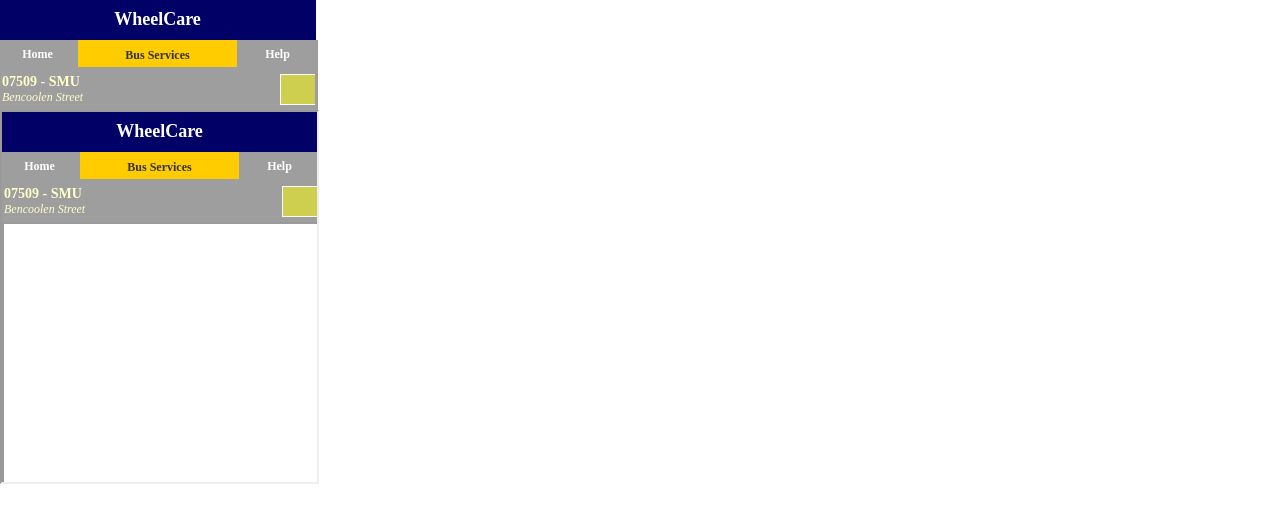
Repository: junkiatyeo/WheelCareVer2
Page: Wheelcarev2/war/Bus_ServicesANP.html
The author's editor kept a copy of each file at every save. The page is drawn from the files as they stood at one save, then again after the next save.
The browser window is 1280 px wide. The pictures show the whole page.
Pictures or frames that could not be fetched are drawn as grey boxes.

Above is the page before, as saved 2014-04-01 03:45:16.

After the next save:
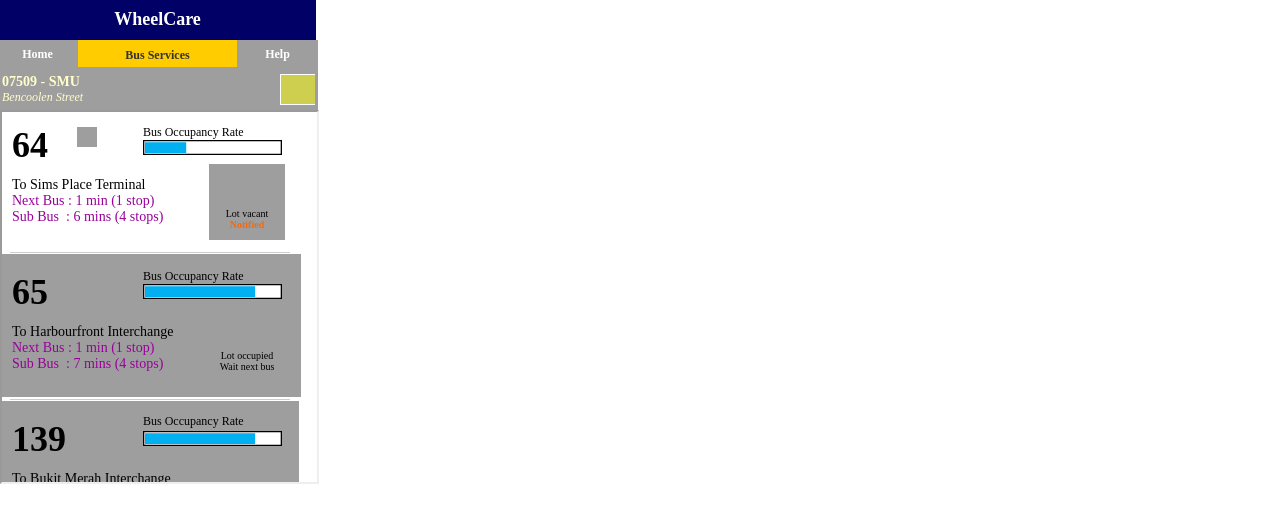
Saved 4 min 59 s later.
--- a/Wheelcarev2/war/Bus_ServicesANP.html
+++ b/Wheelcarev2/war/Bus_ServicesANP.html
@@ -40,7 +40,7 @@
 <div id="u5_rtf"><p style="text-align:left;"><span style="font-family:Axure Handwriting;font-size:14px;font-weight:bold;font-style:normal;text-decoration:none;color:#FFFFCC;">07509</span><span style="font-family:Axure Handwriting;font-size:14px;font-weight:bold;font-style:normal;text-decoration:none;color:#FFFFCC;"> - </span><span style="font-family:Axure Handwriting;font-size:14px;font-weight:bold;font-style:normal;text-decoration:none;color:#FFFFCC;">SMU</span></p><p style="text-align:left;"><span style="font-family:Axure Handwriting;font-size:12px;font-weight:normal;font-style:italic;text-decoration:none;color:#FFFFCC;">Bencoolen Street</span></p></div>
 </div>
 </div>
-<IFRAME id="u6" style="position:absolute; left:0px; top:110px; width:315px; height:370px; ; ; ;;" basesrc="#" frameborder="1" scrolling="auto" ></IFRAME>
+<IFRAME id="u6" style="position:absolute; left:0px; top:110px; width:315px; height:370px; ; ; ;;" basesrc="List_of_Bus_Services_ANP.html" frameborder="1" scrolling="auto" ></IFRAME>
 
 <div id="u7" class="u7_container"   >
 <div id="u7_img" class="u7_normal detectCanvas"></div>
